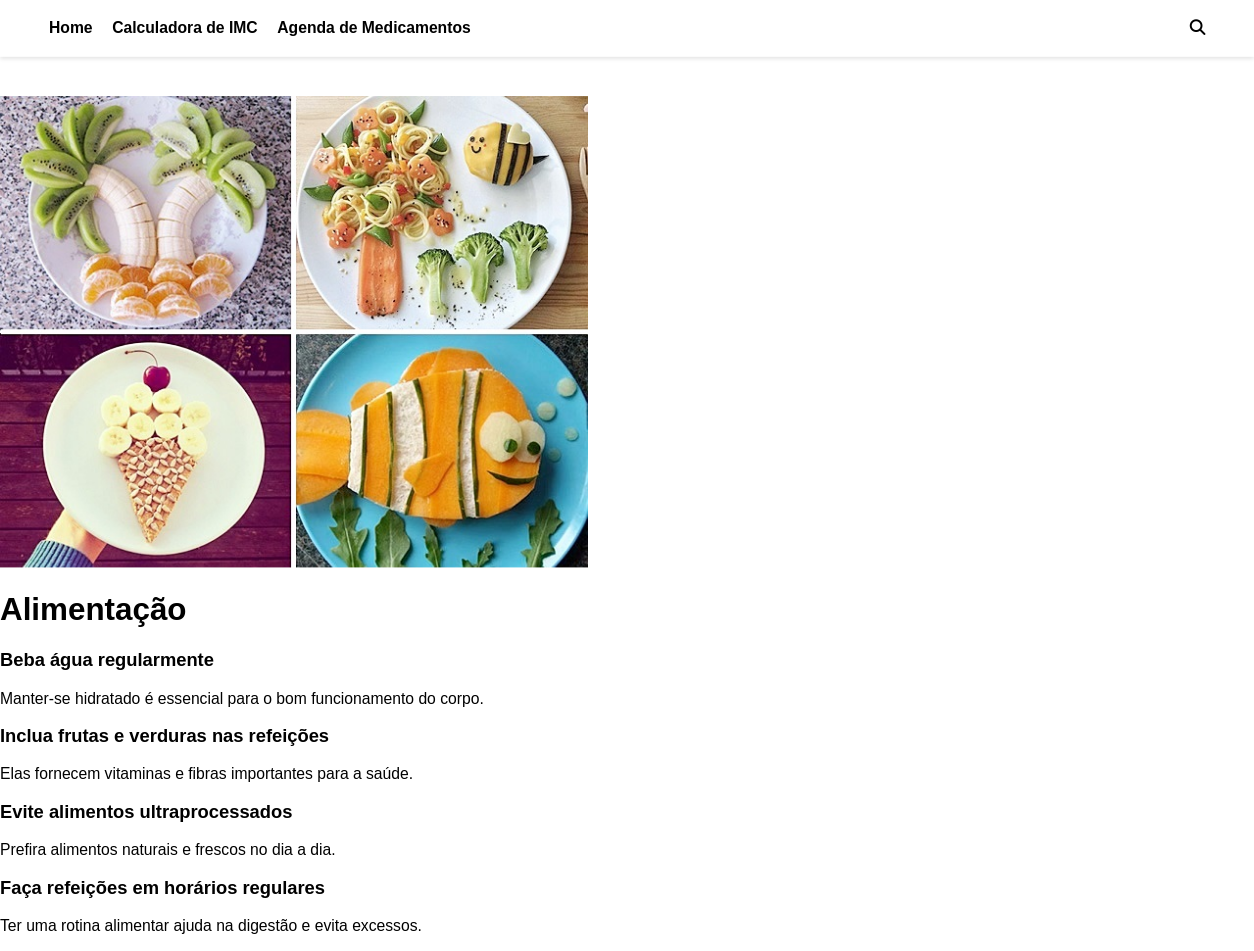
Repository: Cristiane-Sartori14/dicasSaude
Page: index.html
The author's editor kept a copy of each file at every save. The page is drawn from the files as they stood at one save, then again after the next save.
The browser window is 1280 px wide. The pictures show the whole page, at 98% of full size.

Above is the page before, as saved 2025-05-18 21:27:53.

### index.html
<!DOCTYPE html>
<html lang="en">
<head>
    <meta charset="UTF-8">
    <meta name="viewport" content="width=device-width, initial-scale=1.0">
    <title>Dicas de Saúde</title>
    <link rel="stylesheet" href="style.css">

   <link rel="stylesheet" href="https://cdnjs.cloudflare.com/ajax/libs/font-awesome/6.5.0/css/all.min.css">

</head>
<body>
    <!--Cabeçalho-->
    <header class="header">
        <div class="nav-container">
            <nav>
                <ul class="nav-links">
                    <li><a href="#">Home</a></li>
                    <li><a href="#">Calculadora de IMC</a></li>
                    <li><a href="#">Agenda de Medicamentos</a></li>
                </ul>
            </nav>
            <div class="header-icons">
                <div class="icon search-icon">
                    <i class="fa-solid fa-magnifying-glass"></i>
                </div>
            </div>
        </div>
    </header>

     <!--Detalhes do página-->
     <div class="health-container">
        <div class="product-image">
            <img src="img/alimento.jpg" alt="Alimentação Saudável">
        </div>

        <div class="health-details">
        <h1 class="health-title">Alimentação</h1>

        <h3>Beba água regularmente</h3>
        <p>Manter-se hidratado é essencial para o bom funcionamento do corpo.</p>

        <h3>Inclua frutas e verduras nas refeições</h3>
        <p>Elas fornecem vitaminas e fibras importantes para a saúde.</p>

        <h3>Evite alimentos ultraprocessados</h3>
        <p>Prefira alimentos naturais e frescos no dia a dia.</p>

        <h3>Faça refeições em horários regulares</h3>
        <p>Ter uma rotina alimentar ajuda na digestão e evita excessos.</p>

        </div>

     </div>



</body>
</html>

### style.css
body {
    margin: 0;
    font-family: Arial, Helvetica, sans-serif;
}

/*Cabeçalho*/
.header {
    padding: 10px 50px;
    background-color: #fff;
    box-shadow: 0 2px 4px rgba(0, 0, 0, 0.1);
    margin-bottom: 40px;
}

.nav-container {
    max-width: 1200px; /*largura máxima do texto*/
    margin: 0 auto;
    display: flex;
    justify-content: space-between; /*centraliza eles*/
    align-items: center;
    padding: 10px 0;
}

.nav-links {
    list-style: none;
    display: flex;
    gap: 20px;
    margin: 0;
    padding: 0;
}

.nav-links a {
    text-decoration: none; /*tirar o _*/
    color: #000;
    font-weight: bold;
    transition: 0.4s;
}

.nav-links a:hover, .header-icons i:hover {
    color: #ccc;
}

.header-icons {
    display: flex;
    gap: 20px
}

/*Detalhes do página*/
.health-container{

}

After the next save:
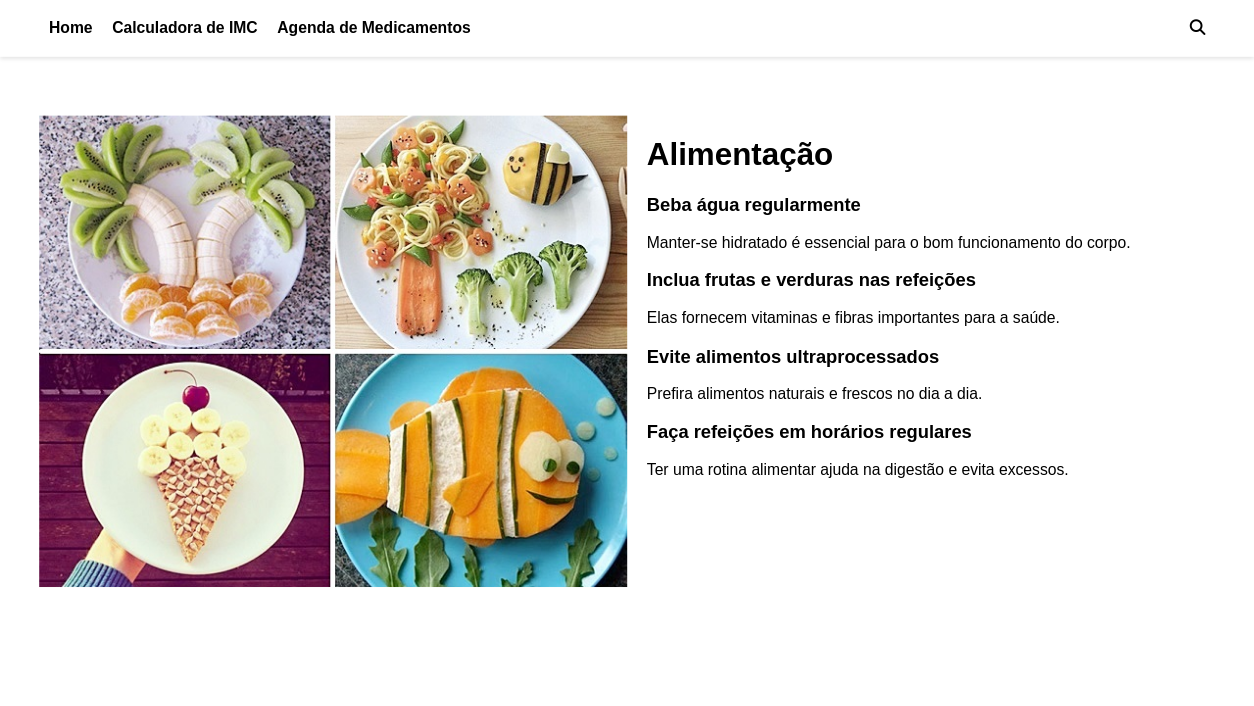
Saved 18 s later.
--- a/style.css
+++ b/style.css
@@ -46,5 +46,9 @@ body {
 
 /*Detalhes do página*/
 .health-container{
-
+    display: flex;
+    max-width: 1200px;
+    margin: 0 auto;
+    padding: 20px 0;
+    gap:20px;
 }
